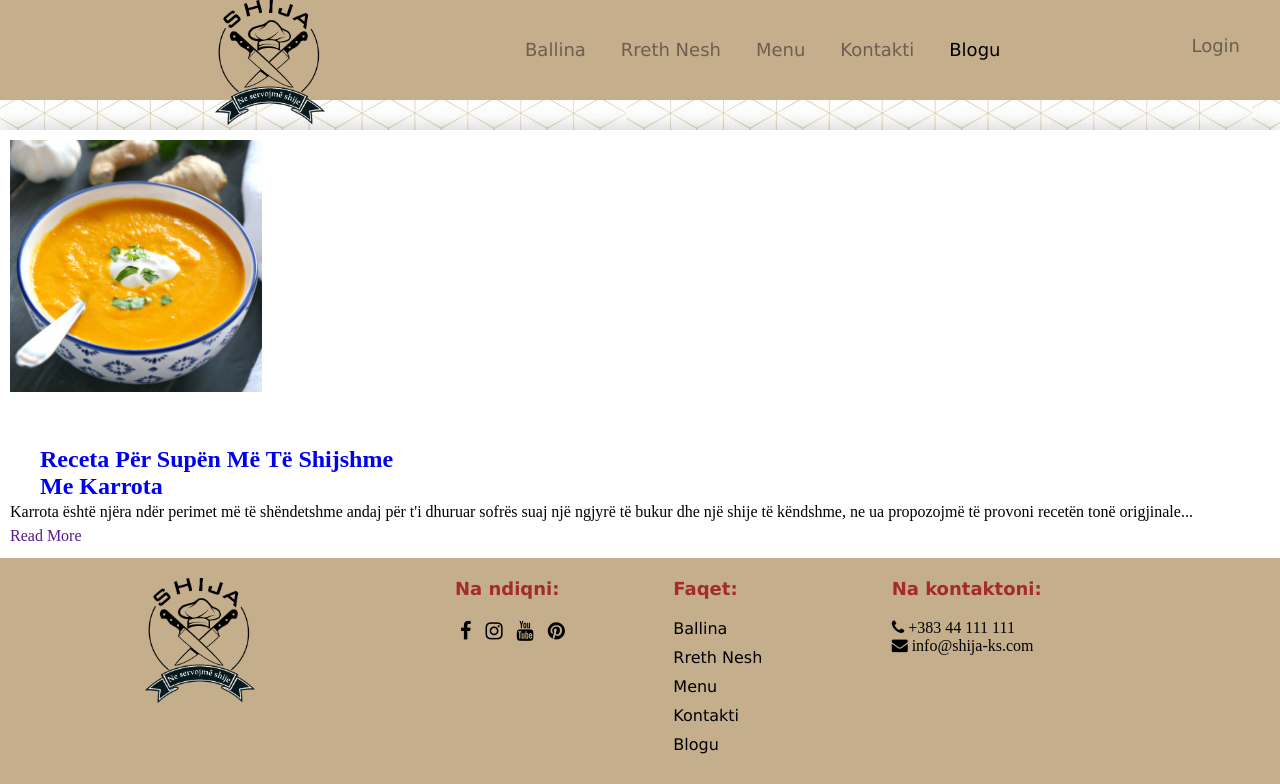
Repository: bs47892/ProjektiWeb-Shija2020
Page: http://localhost/blog.html
These files come from the project's save history. The page is drawn as it stood at one moment and after the next save; the edit follows.
The browser window is 1280 px wide. The pictures show the whole page.
Some web fonts or font styles are not loaded; a fallback is used. The page is run by PHP 8.4 with error messages shown; the project is at /var/www/html/.

Above is the page before, as saved 2021-03-09 21:15:51.

After the next save:
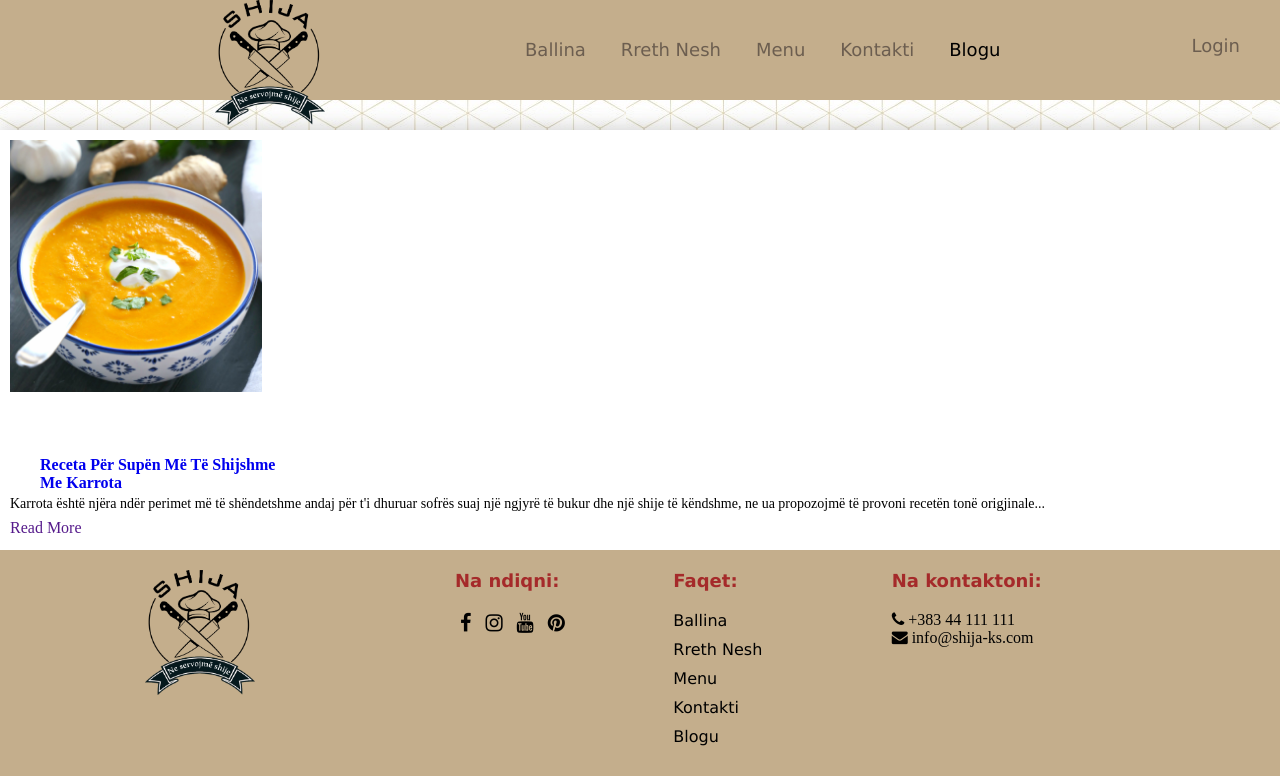
Saved 2 min 48 s later.
--- a/style.css
+++ b/style.css
@@ -540,6 +540,15 @@ font-family: 'EB Garamond', serif;
       max-width: 20%;
   }
 
+  .content{
+      font-size:14px;
+      text-align: justify;
+  }
+  .ar1 h2{
+      margin-top: 10px;
+      font-size: 16px;
+      color:rgba(0, 0, 0, 0.2);
+  }
 /*
   .artikuj {
       clear:both;
